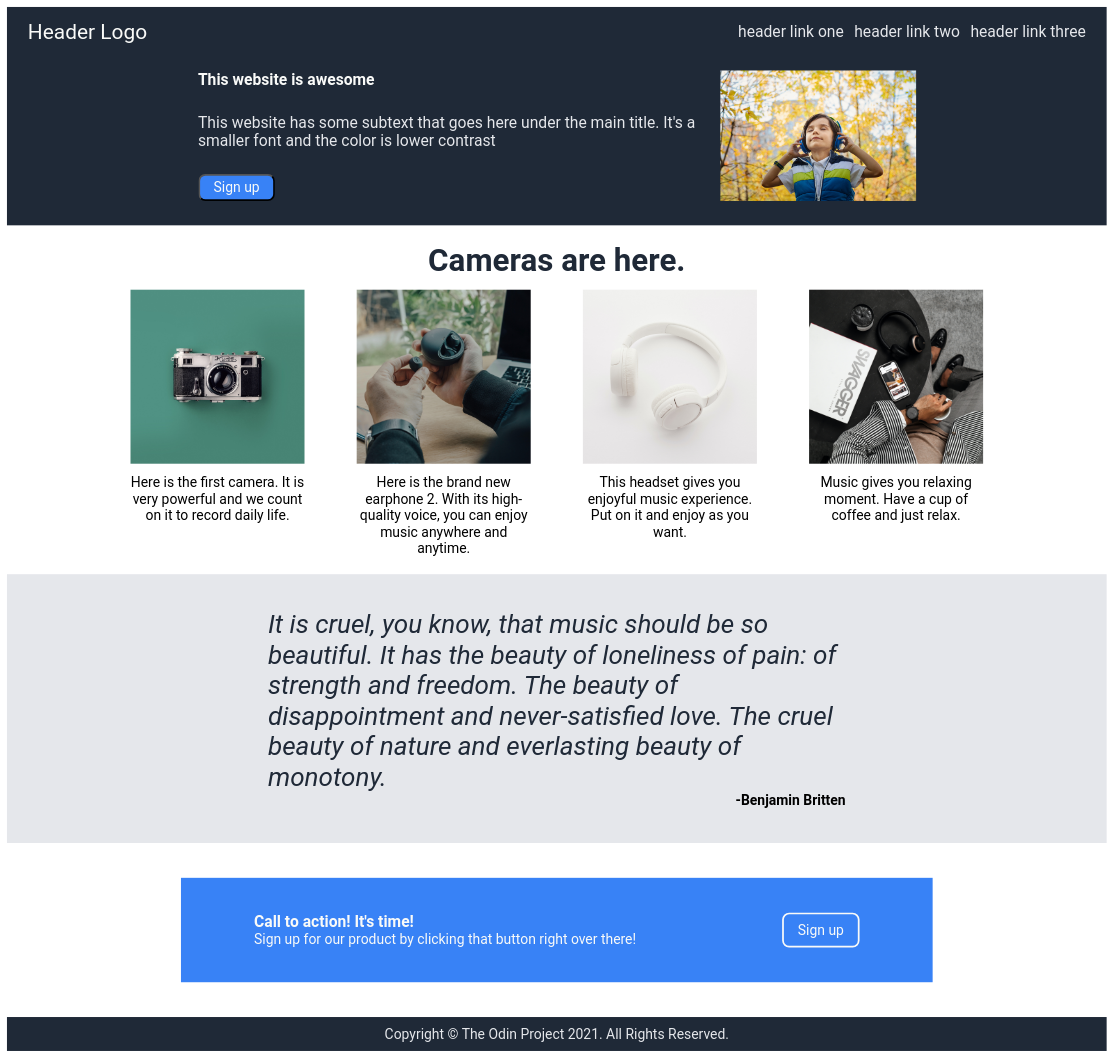
Repository: z1youRA/FirstWebsite
Page: index.html
These files come from the project's save history. The page is drawn as it stood at one moment and after the next save; the edit follows.
The browser window is 1280 px wide. The pictures show the whole page, at 87% of full size.

Above is the page before, as saved 2021-11-25 19:16:40.

### index.html
<!DOCTYPE html>
<html lang="en">
<head>
    <meta charset="UTF-8">
    <meta http-equiv="X-UA-Compatible" content="IE=edge">
    <meta name="viewport" content="width=device-width, initial-scale=1.0">
    <title>The Odin Project</title>
    <link rel="stylesheet" href="styles.css">
</head>
<body>
    <div class="hero">
        <div class="header">
            <div class="logo">Header Logo</div>
                <ul class="right-links">
                    <li><a href="google.com">header link one</a></li>
                    <li><a href="google.com">header link two</a></li>
                    <li><a href="google.com">header link three</a></li>
                </ul>
        </div>
        <div class="container">
            <div class="text">
                <div class="main">This website is awesome</div>
                <div class="secondary">This website has some subtext that goes here under the main title. It's a smaller font and the color is lower contrast</div>
                <button>Sign up</button>
            </div>
            <img src="images/hero.jpg">
        </div>
    </div>
    <div class="info">
        <div class="header">Cameras are here.</div>
        <div class="pics">
            <div class="device">
                <img src="images/img1.jpg">
                <div>Here is the first camera. It is very powerful and we count on it to record daily life.</div>
            </div>
            <div class="device">
                <img src="images/img2.jpg">
                <div>Here is the brand new earphone 2. With its high-quality voice, you can enjoy music anywhere and anytime.</div>
            </div>
            <div class="device">
                <img src="images/img3.jpg">
                <div>This headset gives you enjoyful music experience. Put on it and enjoy as you want.</div>
            </div>
            <div class="device">
                <img src="images/img4.jpg">
                <div>Music gives you relaxing moment. Have a cup of coffee and just relax.</div>
            </div>
        </div>
    </div>
    <div class="quote">
        <div class="words">It is cruel, you know, that music should be so beautiful. It has the beauty of loneliness of pain: of strength and freedom. The beauty of disappointment and never-satisfied love. The cruel beauty of nature and everlasting beauty of monotony.</div>
        <div class="author">-Benjamin Britten</div>
    </div>
    <div class="end">
        <div class="container">
            <div class="text">
                <div class="main">Call to action! It's time!</div>
                <div class="secondary">Sign up for our product by clicking that button right over there!</div>
            </div>
            <button>Sign up</button>
        </div>
    </div>
    <div class="footer">
        Copyright © The Odin Project 2021. All Rights Reserved.
    </div>
</body>
</html>

### styles.css
* {
    font-family:roboto, 'Gill Sans', 'Gill Sans MT', Calibri, 'Trebuchet MS', sans-serif;
}

.hero {
    background-color: #1f2937;
    display: flex;
    flex-direction: column;
    padding-bottom: 28px;
}

.hero .header {
    display: flex;
    align-items: center;
    justify-content: space-between;
    padding: 0 24px 0;
    margin-bottom: 16px;
}

.hero .container {
    display: flex;
    align-items: center;
    justify-content: center;
}

button {
    background-color: #3882f6;
    color: #F9FAF8;
    border-radius: 8px;
    font-size: 16px;
    padding: 4px 16px;
}

.hero button {
    align-self: flex-start;
}

.hero .text {
    display: flex;
    flex-direction: column;
    justify-content: space-between;
    height: 150px;
    max-width: 600px;
    flex-wrap: nowrap;
}

.hero img {
    max-height: 150px;
}

.header .logo {
    font-size: 24px;
    color: #F9FAF8;
}

.header .right-links {
    font-size: 18px;
    color: #e5e7eb;
    display: flex;
    flex-direction: row;
    gap: 12px;
}

.hero .main {
    font-size: 48px;
    font-weight:bolder;
    color: #F9FAF8;
}

.hero .secondary {
    font-size: 18px;
    color: #e5e7eb;
}

ul {
    list-style-type: none;
}

.header a {
    text-decoration: none;
    color: #e5e7eb;
}

.info {
    padding: 20px;
}

.device {
    display: flex;
    flex-direction: column;
    max-width: 200px;
    text-align: center;
    gap: 12px;
    flex: 0 0 auto;
}

.device img {
    max-width: 200px;
}

.info .header {
    text-align: center;
    font-size: 36px;
    font-weight: bolder;
    color: #1f2937;
    margin-bottom: 12px;
}

.info .pics {
    display: flex;
    justify-content: center;
    gap: 60px;
}

.quote {
    background-color: #e5e7eb;
    padding: 40px 300px;
}

.quote .words {
    font-size: 30px;
    font-style: italic;
    color: #1f2937;
}

.quote .author {
    font-weight: bold;
    text-align: end;
}

.end .container {
    color: #F9FAF8;
    padding: 40px 0;
    background-color: #3882f6;
    display: flex;
    justify-content: space-around;
}

.container .main {
    font-weight: bold;
    font-size: 18px;
}

.end {
    padding :40px 200px;
}

.end button {
    border: 2px solid #F9FAF8;
}

.footer {
    background-color: #1f2937;
    color: #e5e7eb;
    text-align: center;
    padding: 10px;
}

After the next save:
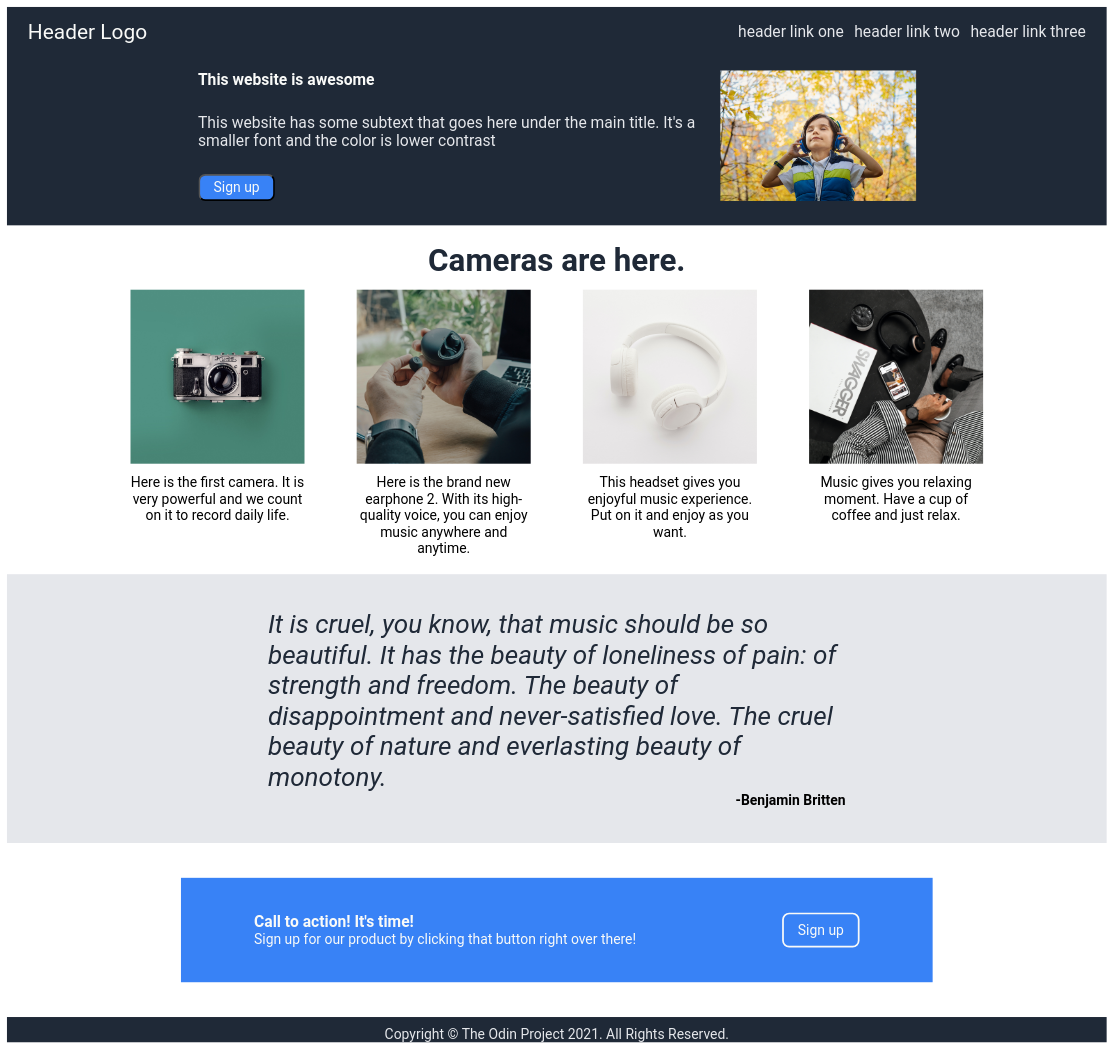
Saved 22 s later.
--- a/styles.css
+++ b/styles.css
@@ -153,5 +153,5 @@
     background-color: #1f2937;
     color: #e5e7eb;
     text-align: center;
-    padding: 10px;
+    padding-top: 10px;
 }

After the save that followed:
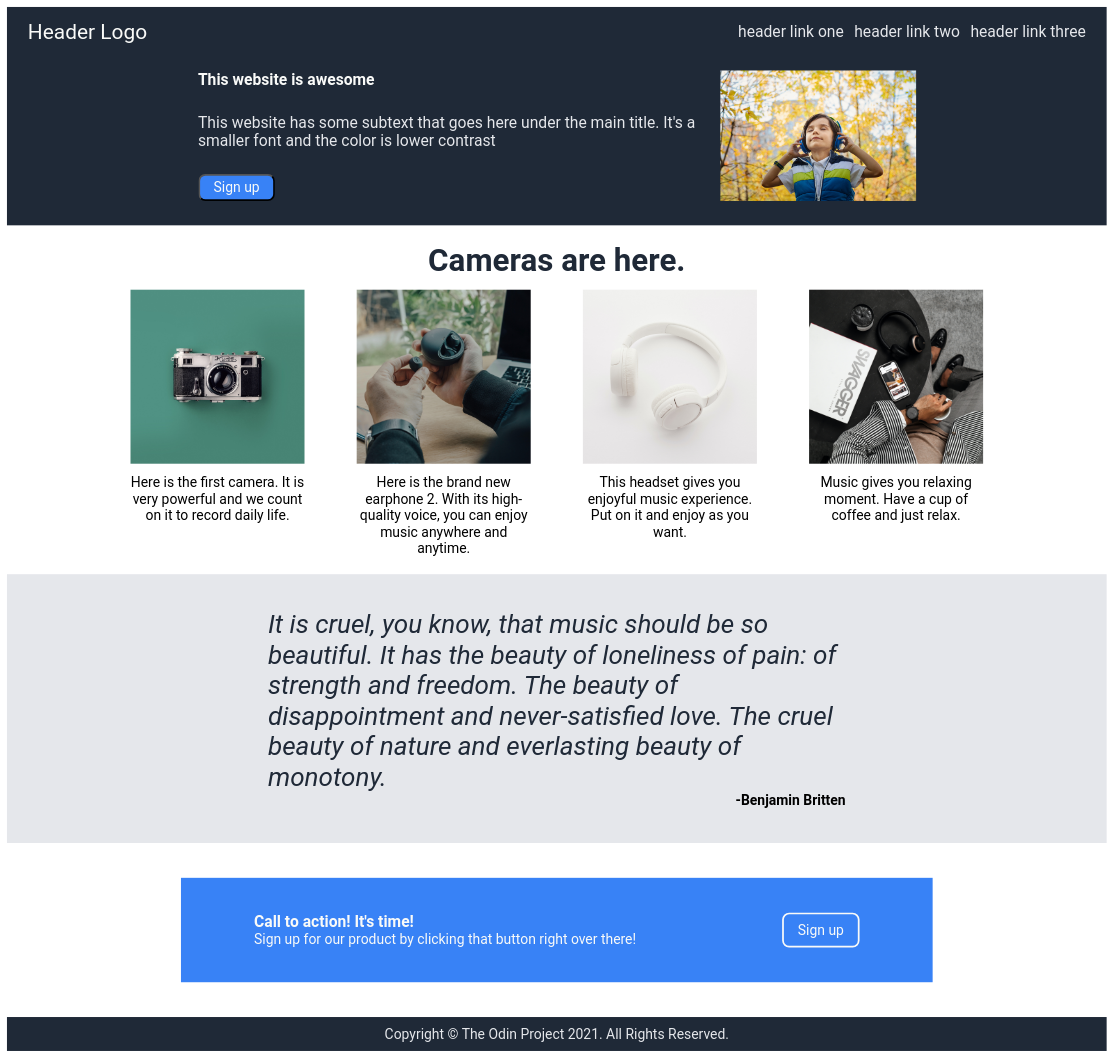
Saved 64 s later.
--- a/styles.css
+++ b/styles.css
@@ -153,5 +153,5 @@
     background-color: #1f2937;
     color: #e5e7eb;
     text-align: center;
-    padding-top: 10px;
+    padding: 10px 0;
 }
